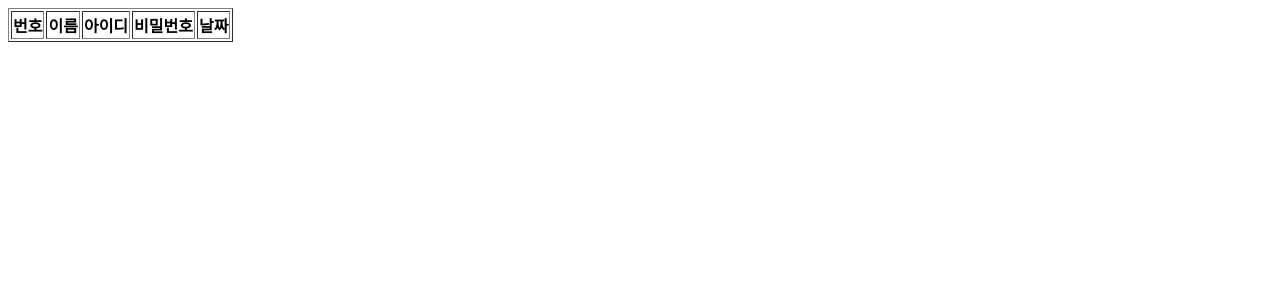
Repository: Rccn3202/Springboot_study_pack
Page: http://localhost/web/users.jsp
The author's editor kept a copy of each file at every save. The page is drawn from the files as they stood at one save, then again after the next save.
The browser window is 1280 px wide. The pictures show the whole page.
The page is served by Tomcat 9. Other server files are loaded and not shown. Queries for data that is not in the repository find no rows.

Above is the page before, as saved 2023-05-03 08:45:08.

### web/src/main/webapp/users.jsp
<%@page import="java.sql.Date"%>
<%@page import="java.sql.ResultSet"%>
<%@page import="java.sql.Statement"%>
<%@page import="java.sql.DriverManager"%>
<%@page import="java.sql.Connection"%>
<%@ page language="java" contentType="text/html; charset=UTF-8"
    pageEncoding="UTF-8"%>
<!DOCTYPE html>
<html>
<head>
<meta charset="UTF-8">
<title>Insert title here</title>
</head>
<body>
<%
Connection con;
Class.forName("com.mysql.cj.jdbc.Driver");

String url = "jdbc:mysql://localhost:3305/nothing";
String id = "root";
String pwd = "1234";

con = DriverManager.getConnection(url,id,pwd);
Statement stmt = con.createStatement();

ResultSet rs = stmt.executeQuery("SELECT UI_NUM, UI_NAME, UI_ID, UI_PWD, UI_DATE FROM USER_INFO");
%>

<table border = "1">
<tr>
<th>번호</th>
<th>이름</th>
<th>아이디</th>
<th>비밀번호</th>
<th>날짜</th>

</tr>


<%
while(rs.next()){
	int uiNum = rs.getInt("UI_NUM");
	String uiName = rs.getString("UI_NAME");
	String uiID = rs.getString("UI_ID");
	String uiPwd = rs.getString("UI_PWD");
	Date uiDate = rs.getDate("UI_DATE"); //데이터타입 Date로 가져오기

	out.println("<td>"+uiNum+"</td>");
	out.println("<td>"+uiName+"</td>");
	out.println("<td>"+uiID+"</td>");
	out.println("<td>"+uiPwd+"</td>");
	out.println("<td>"+uiDate+"</td>");
	out.println("</tr>");
}
%>

</table>
</body>
</html>

After the next save:
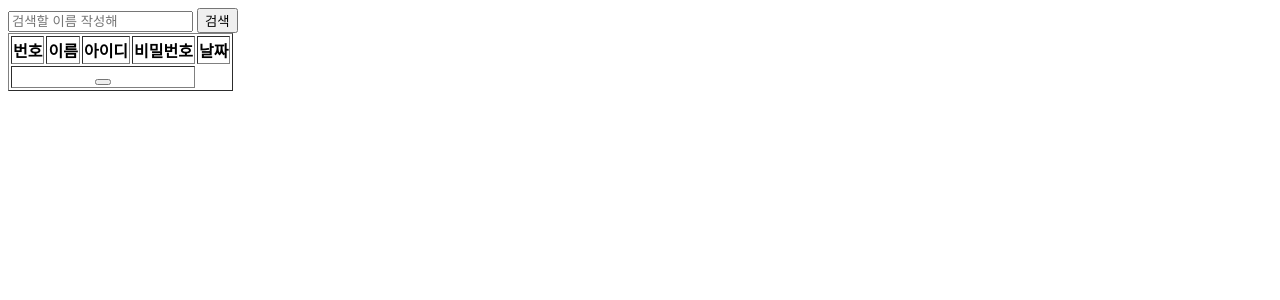
Console error (its wording comes from the project's code and is left out).
Saved 15 h 47 min later.
--- a/web/src/main/webapp/users.jsp
+++ b/web/src/main/webapp/users.jsp
@@ -25,6 +25,8 @@
 
 ResultSet rs = stmt.executeQuery("SELECT UI_NUM, UI_NAME, UI_ID, UI_PWD, UI_DATE FROM USER_INFO");
 %>
+<input type="text" name ="uiName"placeholder="검색할 이름 작성해">
+<button>검색</button>
 
 <table border = "1">
 <tr>
@@ -53,6 +55,12 @@
 	out.println("</tr>");
 }
 %>
+<tr>
+<th colspan="4"><button onclick="location."
+</tr>
+
+
+
 
 </table>
 </body>
